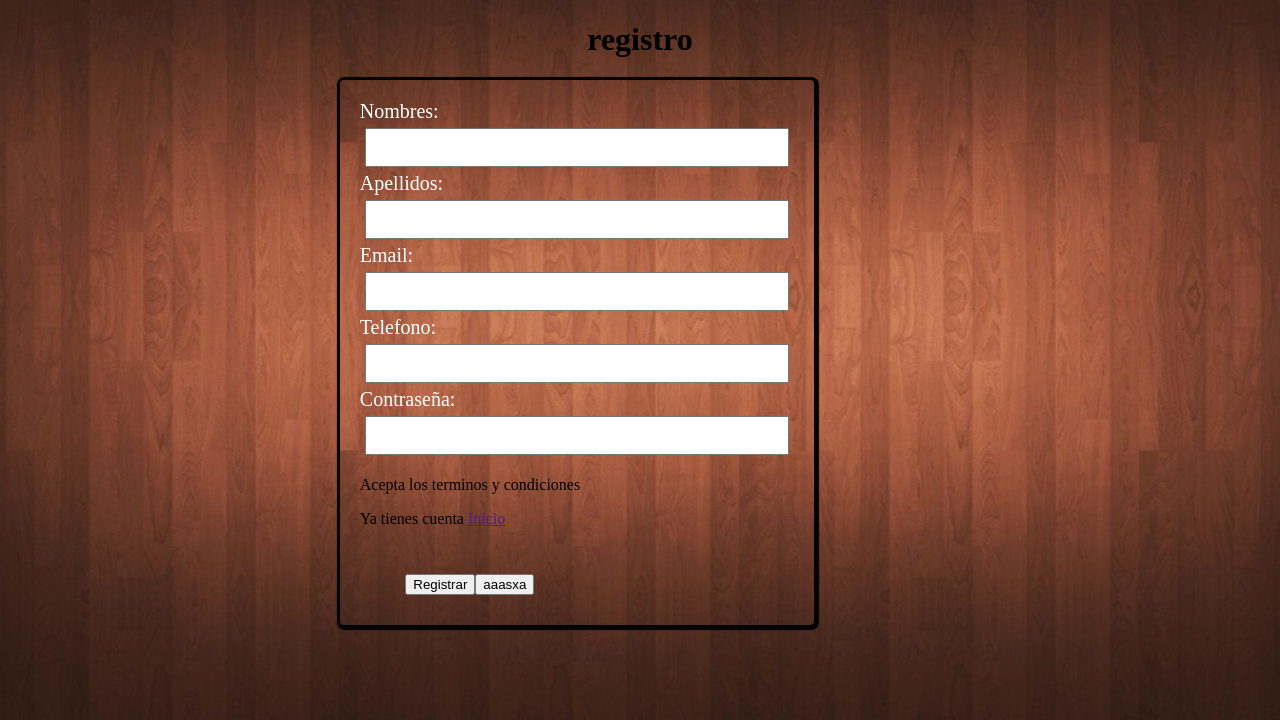
Repository: ye909/aplicacion_restaurante
Page: public/templeis/registro.html
The author's editor kept a copy of each file at every save. The page is drawn from the files as they stood at one save, then again after the next save.
The browser window is 1280 px wide. The pictures show the whole page.

Above is the page before, as saved 2024-11-12 21:52:37.

### public/templeis/registro.html
<!DOCTYPE html>
<html lang="en">
<head>
    <meta charset="UTF-8">
    <meta name="viewport" content="width=device-width, initial-scale=1.0">
    <link rel="stylesheet" href="../css/registro.css">
    <title>Document</title>
</head>
<body>
    <h1>registro</h1>
    <div class="container_registro">
        <form action="" method="post">
            <label for="nombres">Nombres:</label><br>
            <input type="text" id="nombres" name="nombres" required>
            <br>
            <label for="apellidos">Apellidos:</label><br>
            <input type="text" id="apellidos" name="apellidos" required>
            <br>
            <label for="email">Email:</label><br>
            <input type="email" id="email" name="email" >
            <br>
            <label for="number">Telefono:</label><br>
            <input type="number" id="telefono" name="telefono" >
            <br>
            <label for="password">Contraseña:</label><br>
            <input type="password" id="password" name="password">
            <div class="container_terminos">
                <!-- <div><input type="checkbox"></div>  -->
                <div><p>Acepta los terminos y condiciones</p></div>
             </div>
           <div class="container_inicio"> Ya tienes cuenta <a href="">Inicio</a></div>
            <br><br>
            <div class="container_btn">
                <button>Registrar</button>
                <button>aaasxa</button>
            </div>
        </form>
    </div>
</body>
</html>

### public/css/registro.css

body{

    background-image: url(../imagen/fondo_card.jpg);
    background-attachment: fixed;
    background-size:cover;
    background-repeat:no-repeat;
    background-size: 100% 100%;
}
h1{
    text-align: center;
}
.container_registro{
    width: 90%;
    display: flex;
    justify-content: center;
    align-items:center;
}
form{

    padding: 20px;

  box-shadow: rgb(3, 3, 4) 1px 1px 1px 4px   ;
 border-radius: 4px;
}
label{
    color:white;
    font-size: 20px;
}
.container_btn{
    display: flex;
    justify-content: center;
    align-items: center;
    padding: 10px;
    width: 200px;
}
input{
    padding: 10px;
    width: 400px;
    margin: 5px;
}

/*
label{
    font-size: 20px;

}

:is(button){
    padding: 6px;
    width: 160px;
    margin: 10px;
}
.checkbox{
    display: flex;
} */

After the next save:
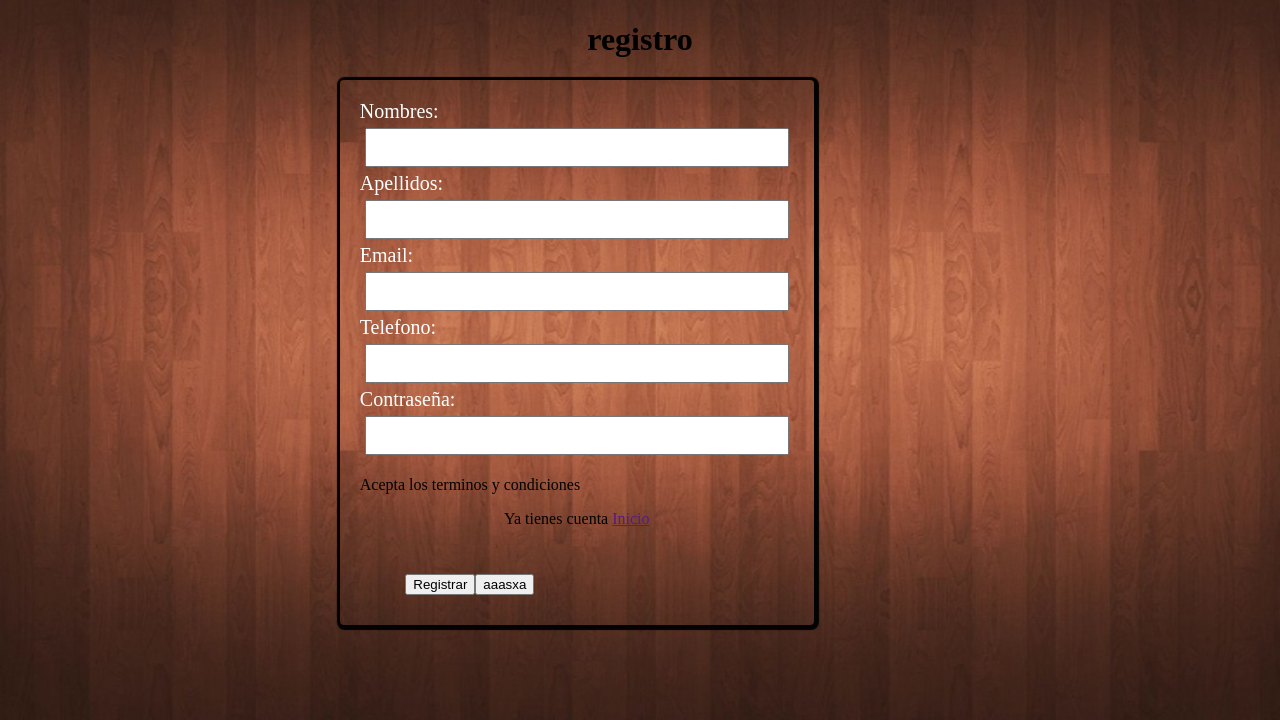
Saved 27 s later.
--- a/public/css/registro.css
+++ b/public/css/registro.css
@@ -7,7 +7,7 @@ body{
     background-repeat:no-repeat;
     background-size: 100% 100%;
 }
-h1{
+h1,.container_inicio{
     text-align: center;
 }
 .container_registro{
